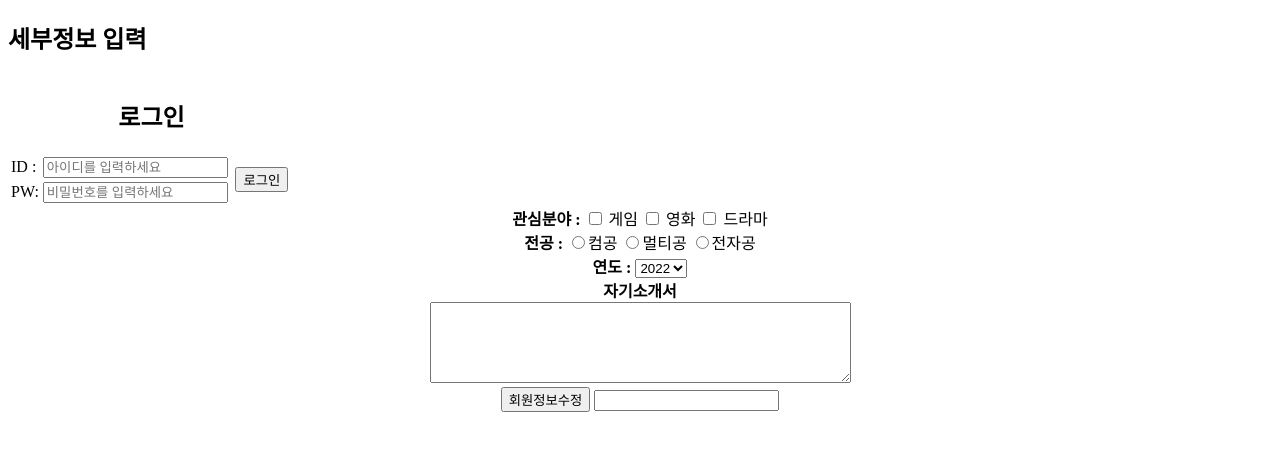
Repository: umhayun/myJSP
Page: HTML/src/main/webapp/login.html
The author's editor kept a copy of each file at every save. The page is drawn from the files as they stood at one save, then again after the next save.
The browser window is 1280 px wide. The pictures show the whole page.

Above is the page before, as saved 2022-01-18 02:12:14.

### HTML/src/main/webapp/login.html
<!DOCTYPE html>
<html>
<head>
<meta charset="UTF-8">
<title>Insert title here</title>
</head>
<body>
<!--form태그는 데이터를 전송하기 위해서 사용 -->
<form action="">
<table >
	<h2>세부정보 입력</h2>
	<tr>
		<td colspan=3 align=center><h2>로그인</h2></td>
	</tr>
	<tr>
		<td width="20">ID : </td>
		<td width="50"><input type="text" placeholder="아이디를 입력하세요"></td>
		<td width="60"rowspan=2 align=center><input type=submit value="로그인"></td>
	</tr>
	<tr>
		<td width="20">PW: </td>
		<td width="50"><input type="password" placeholder="비밀번호를 입력하세요"></td>
	</tr>

</table>
</form>

<form align=center>
<!-- 관심분야 체크박스 -->
<strong>관심분야 : </strong>
<input type="checkbox" name="intro"> 게임
<input type="checkbox" name="intro"> 영화
<input type="checkbox" name="intro"> 드라마
<!-- radio 타입 -->
<br>
<strong>전공 : </strong>
<input type="radio"name="major">컴공
<input type="radio"name="major">멀티공
<input type="radio"name="major">전자공

<br>
<strong>연도 : </strong>
<select>
<option>2022</option>
<option>2021</option>
<option>2020</option>
<option>2019</option>
<option>2018</option>
</select>
<br>
<strong>자기소개서</strong>
<br>
<textarea rows="5" cols="50"></textarea>
<br>
<input type=submit value="회원정보수정">
<input type=>
</form>

</body>
</html>

After the next save:
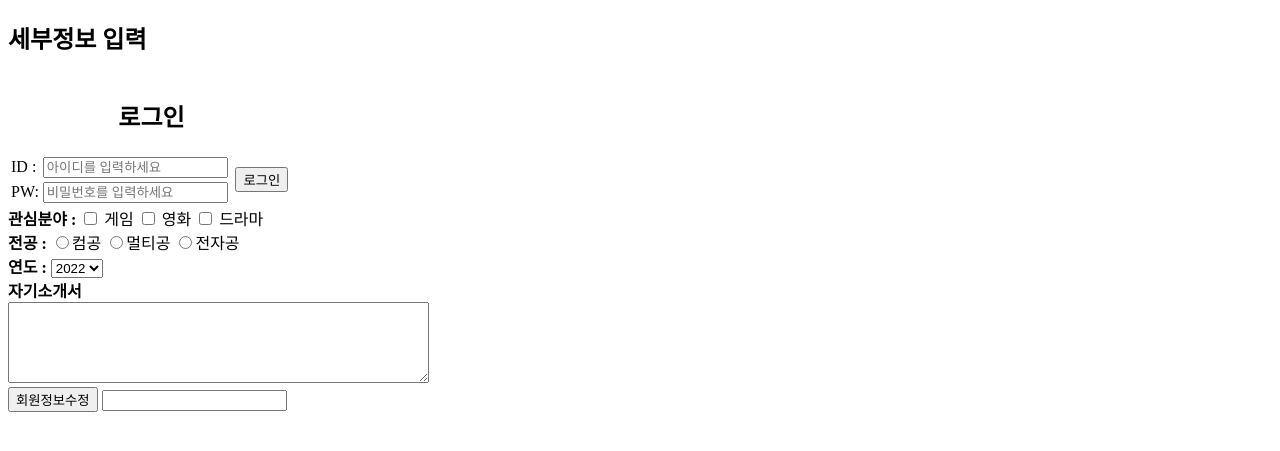
Saved 18 s later.
--- a/HTML/src/main/webapp/login.html
+++ b/HTML/src/main/webapp/login.html
@@ -25,7 +25,7 @@
 </table>
 </form>
 
-<form align=center>
+<form>
 <!-- 관심분야 체크박스 -->
 <strong>관심분야 : </strong>
 <input type="checkbox" name="intro"> 게임
